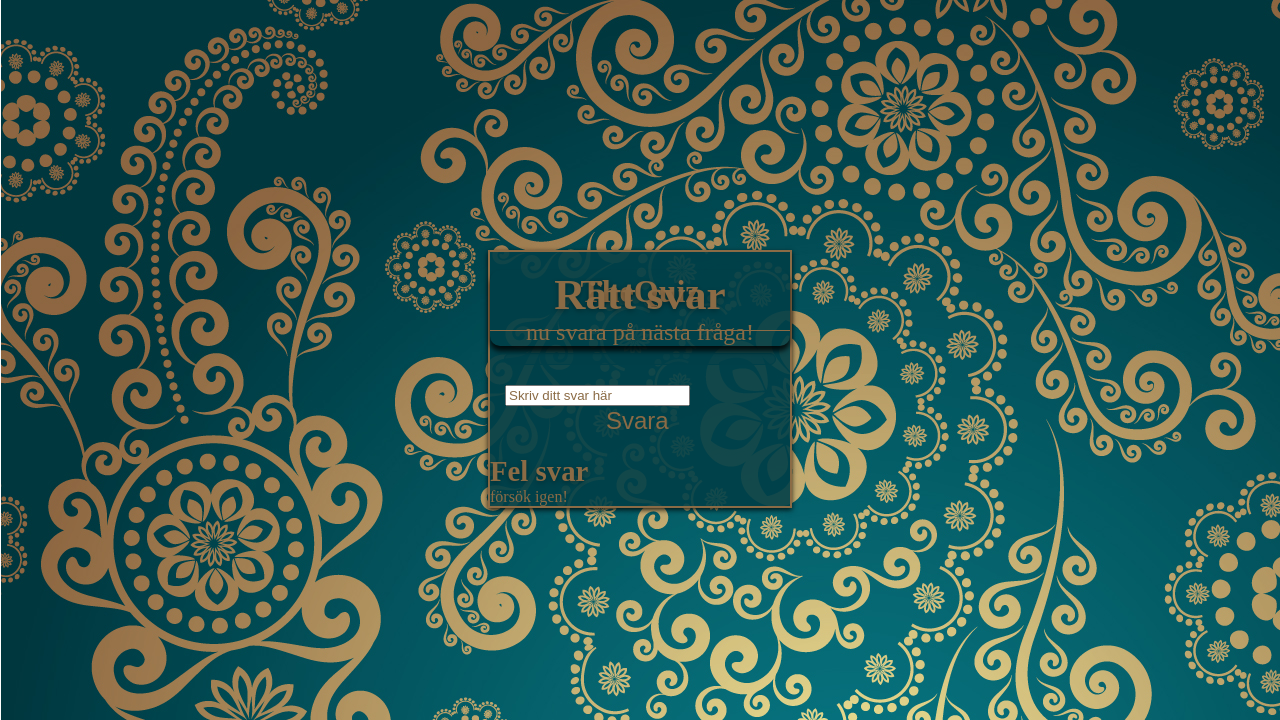
Repository: RebeccaFransson/1dv403-laborationer
Page: 4-thequiz/index.html
The author's editor kept a record of every edit. The page is drawn from the files as they stood at one moment, then again after the next edit.
The browser window is 1280 px wide. The pictures show the whole page.
The page's requests for data from a server got no answer.

Above is the page before.

### 4-thequiz/index.html
<!DOCTYPE html>
<html lang="sv">
<head>
	<meta charset="UTF-8" />
	<link rel="stylesheet" href="style.css" />
    <title>JavaScript - TheQuiz</title>
</head>
    <body>
        <div id="content">
        <header><h1>TheQuiz</h1></header>
        <div id="nr">
            <div id="quest"></div>

        </div>
        <form>
     		<input id="answer" placeholder="Skriv ditt svar här" type="text" id="textvalue" >
     		<input type="submit" value="Svara" id="send"/>
     		<p id="value"></p>
        </form>

        <div id="wrong" class="hidden" >
            <h2>Fel svar</h2> försök igen!
        </div>
        <div id="right" class="answer" >
            <h2>Rätt svar</h2> nu svara på nästa fråga!
        </div>

 		</div>
 		<script src="script/theQuiz.js"></script>
    </body>
</html>

### 4-thequiz/style.css
body{
    background-image: url('BG.jpg');
    color:#8B6B45;
}
#content{
    width:300px;
    margin:auto;
    margin-top:250px;
    border: 2px solid #8B6B45;
    box-shadow: 0 2px 5px rgba(0, 0, 0, 0.8);
    background-color:rgba(0, 63, 72, 0.9);

}
h1{
    width: 300px;
    text-align:center;
    border:rgba(0, 63, 72, 0.5);
    border-bottom:1px solid #8B6B45;
    padding-bottom:20px;
    text-shadow: 0 2px 5px rgba(0, 0, 0, 0.3);
}
#nr{
    width: 270px;
    margin:auto;
    margin-bottom:20px;
    text-shadow: 0 2px 5px rgba(0, 0, 0, 0.8);
    text-align:center;
    font-size:1em;
    background-color:rgba(0, 63, 72, 0.5);
    border:1px solid rgb(0, 63, 72);
    -moz-border-radius: 10px;
    border-radius: 10px;
}
#quest{
    text-shadow: 0 2px 5px rgba(0, 0, 0, 0.3);
    text-align:center;
    font-size:2em;
    margin:10px;
}
form{
    width:270px;
    height:70px;
    margin:auto;
}
#textvalue{
    width:170px;
    position:relative;
    left:50px;
    border:rgba(0, 63, 72, 0.5);
    border-bottom:2px dotted #8B6B45;
    text-align:center;
    font-size:1em;
    background-color:rgba(0, 63, 72, 0.5);
    color: #8B6B45;
}
#send{
    width:70px;
    color: #8B6B45;
    margin-left:95px;
    border:none;
    font-size:1.5em;
    background-color:rgba(0, 63, 72, 0.1);

}
#send:hover{
    color:#8D6541;
    text-shadow: 0 5px 5px rgba(0, 0, 0, 0.3);
}
::-webkit-input-placeholder {
   color: #8B6B45;
}

:-moz-placeholder { /* Firefox 18- */
   color: #8B6B45;
}

::-moz-placeholder {  /* Firefox 19+ */
   color: #8B6B45;
}

:-ms-input-placeholder {
   color: #8B6B45;
}

.answer{
    width:300px;
    font-size:1.5em;
    text-align:center;
    position:absolute;
    top:270px;
    -moz-border-radius: 10px;
    border-radius: 10px;
    box-shadow: 0 5px 5px rgba(0, 0, 0, 0.8);
}

h2{
    font-size:1.8em;
    text-shadow: 0 2px 5px rgba(0, 0, 0, 0.3);
    margin:0;
}
}
.hidden{
    display:none;
}

### 4-thequiz/script/theQuiz.js

var theQuiz = {

nextURL: '',
    get: function(){
        console.log('innan skall vara undefined '+theQuiz.nextURL);
        //  if(theQuiz.nextURL != null){
        //      console.log('next url finns'+theQuiz.nextURL);
        //      theQuiz.nextURL = theQuiz.nextURL;
        //  }else{
        //      console.log('next url finns INTE');
        //      theQuiz.nextURL = "http://vhost3.lnu.se:20080/question/1";
        //  }
        theQuiz.nextURL = theQuiz.nextURL || "http://vhost3.lnu.se:20080/question/1";
        console.log('nextURL: '+theQuiz.nextURL);
            var xhr = new XMLHttpRequest();

            xhr.onreadystatechange = function(){ //denna kod skall köras när vi får ett svar
                console.log('svar från server');
                if(xhr.readyState === 4 && xhr.status === 200){//allt ok

                    var quest = JSON.parse(xhr.responseText);
                    console.log('OK '+quest.question); //svarstext

                    document.getElementById('quest').innerHTML = quest.question;

                    document.getElementById('send').addEventListener('click', function(e){//hämtar ut knapp, sätter klick
                    e.preventDefault();
                    theQuiz.send(xhr, quest);
                });

                }else if(xhr.status === 404){
                        console.log('Hittades ej');
                }
            };

            xhr.open('GET', theQuiz.nextURL, true); //asynkromt anrop

            xhr.send(null);


    },

    send: function(xhr, quest){
            var input = document.getElementById('textvalue').value;

            xhr.open('POST', quest.nextURL, true);//skicka data till nästa url
            xhr.setRequestHeader('Content-Type', 'application/json');//talar om att ypen är json

            var product = {
                id: 1,
                answer: input,
            }

            xhr.send(JSON.stringify(product));

            xhr.onreadystatechange = function(){ //denna kod skall köras när vi får ett svar
                console.log('svar: '+input);
                var ansBox = document.getElementById('answer');
                var answer = JSON.parse(xhr.responseText);
                console.log('meddelande tillbaka: '+answer.message); //svarstext

                if(answer.nextURL != null){//RÄTT GRÖN FÄRG
                    ansBox.setAttribute('class', '');//class hidden försvinner
                    ansBox.innerHTML = answer.message;
                    if(answer.nextURL != undefined){//om nexturl finns, skicka till GET
                         theQuiz.nextURL = answer.nextURL;
                         theQuiz.get();
                         console.log("hej");
                     }else{//om inte skriv ut hur måna försök det tog
                         console.log('det tog 300 försök du suger!');
                     }

                }else{
                    ansBox.setAttribute('class', '');
                    ansBox.innerHTML = answer.message;//fel BLI RÖD

                }
            }

            //om svaret är rätt gå vidare till nästa fråga

            // xhr.open('GET', quest.theQuiz.nextURL, true);
            // var answer = JSON.parse(xhr.responseText);
            // console.log(answer);
    }
}
window.onload = theQuiz.get;

After the next edit:
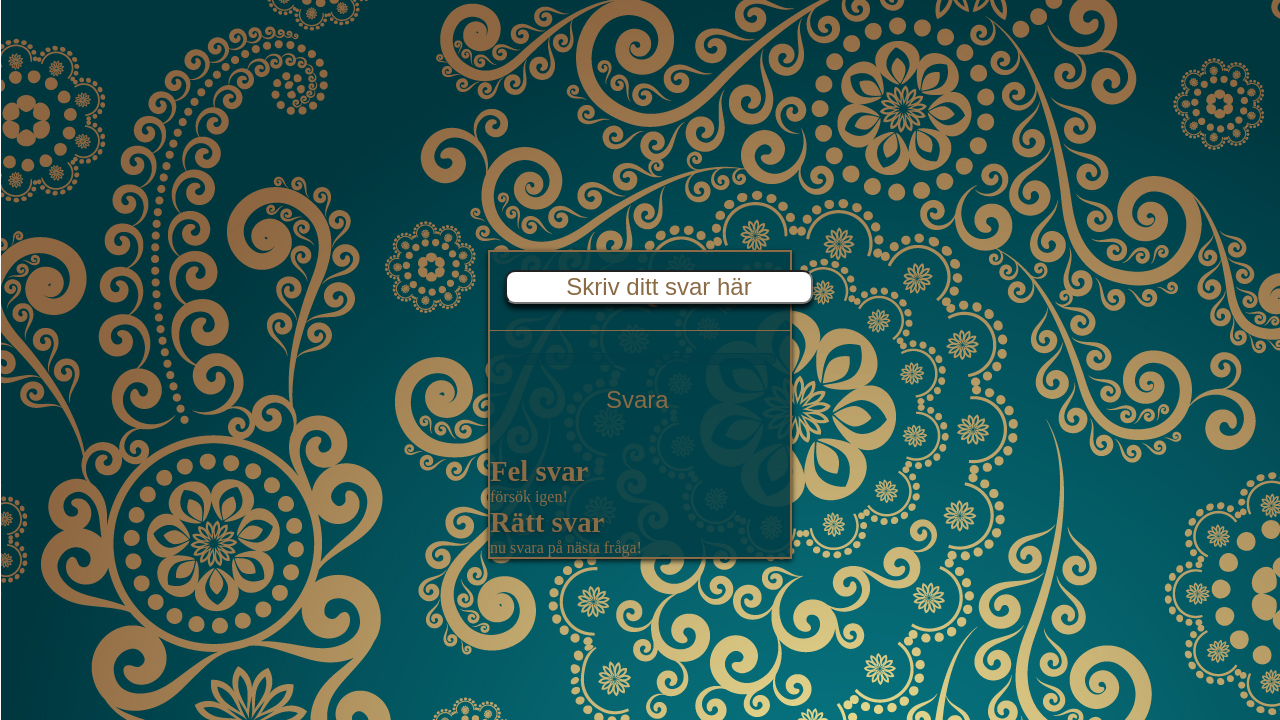
The edit:
--- a/4-thequiz/style.css
+++ b/4-thequiz/style.css
@@ -82,7 +82,7 @@
    color: #8B6B45;
 }
 
-.answer{
+#answer{
     width:300px;
     font-size:1.5em;
     text-align:center;
